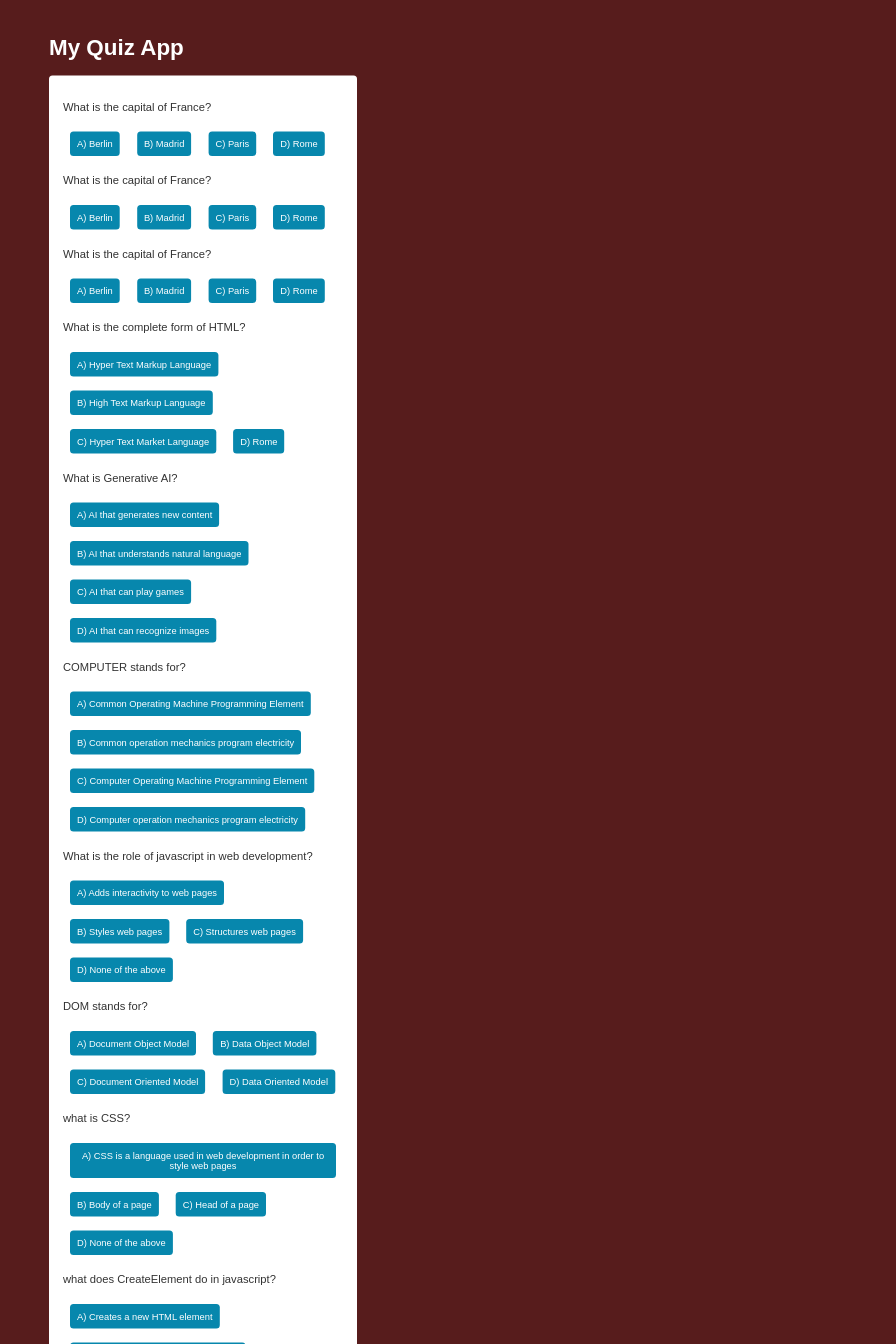
Repository: fatimaqueen9967-eng/SyntacexhubQuizApp
Page: index.html
The author's editor kept a copy of each file at every save. The page is drawn from the files as they stood at one save, then again after the next save.
The browser window is 1280 px wide. The pictures show the part of the page from y = 0 to 1920 px (the page is 2891 px tall), at 70% of full size.

Above is the page before, as saved 2026-03-15 06:24:35.

### index.html
<!DOCTYPE html>
<html lang="en">
<head>
    <meta charset="UTF-8">
    <meta name="viewport" content="width=device-width, initial-scale=1.0">
    <title>QUIZ APP</title>
    <link rel="stylesheet" href="style.css">
</head>
<body>
    <h1>My Quiz App</h1>
    <div class="box">
        <div class="question">
            <p>What is the capital of France?</p>
        </div>
        <div class="options">
            <button>A) Berlin</button>
            <button>B) Madrid</button>
            <button>C) Paris</button>
            <button>D) Rome</button>
        </div>
        <div class="question">
            <p>What is the capital of France?</p>
        </div>
        <div class="options">
            <button>A) Berlin</button>
            <button>B) Madrid</button>
            <button>C) Paris</button>
            <button>D) Rome</button>
        </div>
        <div class="question">
            <p>What is the capital of France?</p>
        </div>
        <div class="options">
            <button>A) Berlin</button>
            <button>B) Madrid</button>
            <button>C) Paris</button>
            <button>D) Rome</button>
        </div>
        <div class="question">
            <p>What is the complete form of HTML?</p>
        </div>
        <div class="options">
            <button>A) Hyper Text Markup Language</button>
            <button>B) High Text Markup Language</button>
            <button>C) Hyper Text Market Language</button>
            <button>D) Rome</button>
        </div>
        <div class="question">
            <p>What is Generative AI?</p>
        </div>
        <div class="options">
            <button>A) AI that generates new content</button>
            <button>B) AI that understands natural language</button>
            <button>C) AI that can play games</button>
            <button>D) AI that can recognize images</button>
        </div>
        <div class="question">
            <p>COMPUTER stands for?</p>
        </div>
        <div class="options">
            <button>A) Common Operating Machine Programming Element</button>
            <button>B) Common operation mechanics program electricity</button>
            <button>C) Computer Operating Machine Programming Element</button>
            <button>D) Computer operation mechanics program electricity</button>
        </div>
        <div class="question">
        <p>What is the role of javascript in web development?</p>
    </div>
    <div class="options">
        <button>A) Adds interactivity to web pages</button>
        <button>B) Styles web pages</button>
        <button>C) Structures web pages</button>
        <button>D) None of the above</button>
    </div>
        <div class="question">
        <p>DOM stands for?</p>
    </div>
    <div class="options">
        <button>A) Document Object Model</button>
        <button>B) Data Object Model</button>
        <button>C) Document Oriented Model</button>
        <button>D) Data Oriented Model</button>
    </div>
        <div class="question">
        <p>what is CSS?</p>
    </div>
    <div class="options">
        <button>A) CSS is a language used in web development in order to style web pages</button>
        <button>B) Body of a page</button>
        <button>C) Head of a page</button>
        <button>D) None of the above</button>
    </div>
        <div class="question">
        <p>what does CreateElement do in javascript?</p>
    </div>
    <div class="options">
        <button>A) Creates a new HTML element</button>
        <button>B) Removes an existing HTML element</button>
        <button>C) Modifies an existing HTML element</button>
        <button>D) None of the above</button>
    </div>
        <div class="question">
        <p>what is the use of addEventListener in javascript?</p>
    </div>
    <div class="options">
        <button>A) Adds an event listener to an HTML element</button>
        <button>B) Removes an event listener from an HTML element</button>
        <button>C) Modifies an event listener on an HTML element</button>
        <button>D) None of the above</button>
    </div>

        <div class="question">
        <p>Who is the founder of Microsoft?</p>
    </div>
    <div class="options">
        <button>A) Steve Jobs</button>
        <button>B) Bill Gates</button>
        <button>C) Mark Zuckerberg</button>
        <button>D) Elon Musk</button>
    </div>
        <div class="question">
        <p>What is Bootstrap?</p>
    </div>
    <div class="options">
        <button>A) A CSS framework</button>
        <button>B) A JavaScript library</button>
        <button>C) A front-end framework</button>
        <button>D) A back-end framework</button>
    </div>
        <div class="question">
        <p>what is the full form of CSS?</p>
    </div>
    <div class="options">
        <button>A) Cascading Style Sheets</button>
        <button>B) Computer Style Sheets</button>
        <button>C) Creative Style Sheets</button>
        <button>D) Colorful Style Sheets</button>
    </div>
    </div>


</body>
</html>

### style.css
body{
    background-color: #571c1c;
    font-family: Arial, sans-serif;
    margin-left: 50px;
    padding: 20px;
    color: #fff;
    justify-content: center;
    align-items: center;
}
h1 {
    align-items: center;
    /* color: #333; */
}
.box{
    /* height: 700px; */
    /* display: flex; */

    background-color: #fff;
    color: #333;
    padding: 20px;
    border-radius: 5px;
    margin-bottom: 20px;
    width: 400px;
    overflow-wrap: anywhere;
}
button {
    background-color: #0787ad;
    color: white;
    padding: 10px;
    margin: 10px;
    border: none;
    border-radius: 5px;
    cursor: pointer;
}

After the next save:
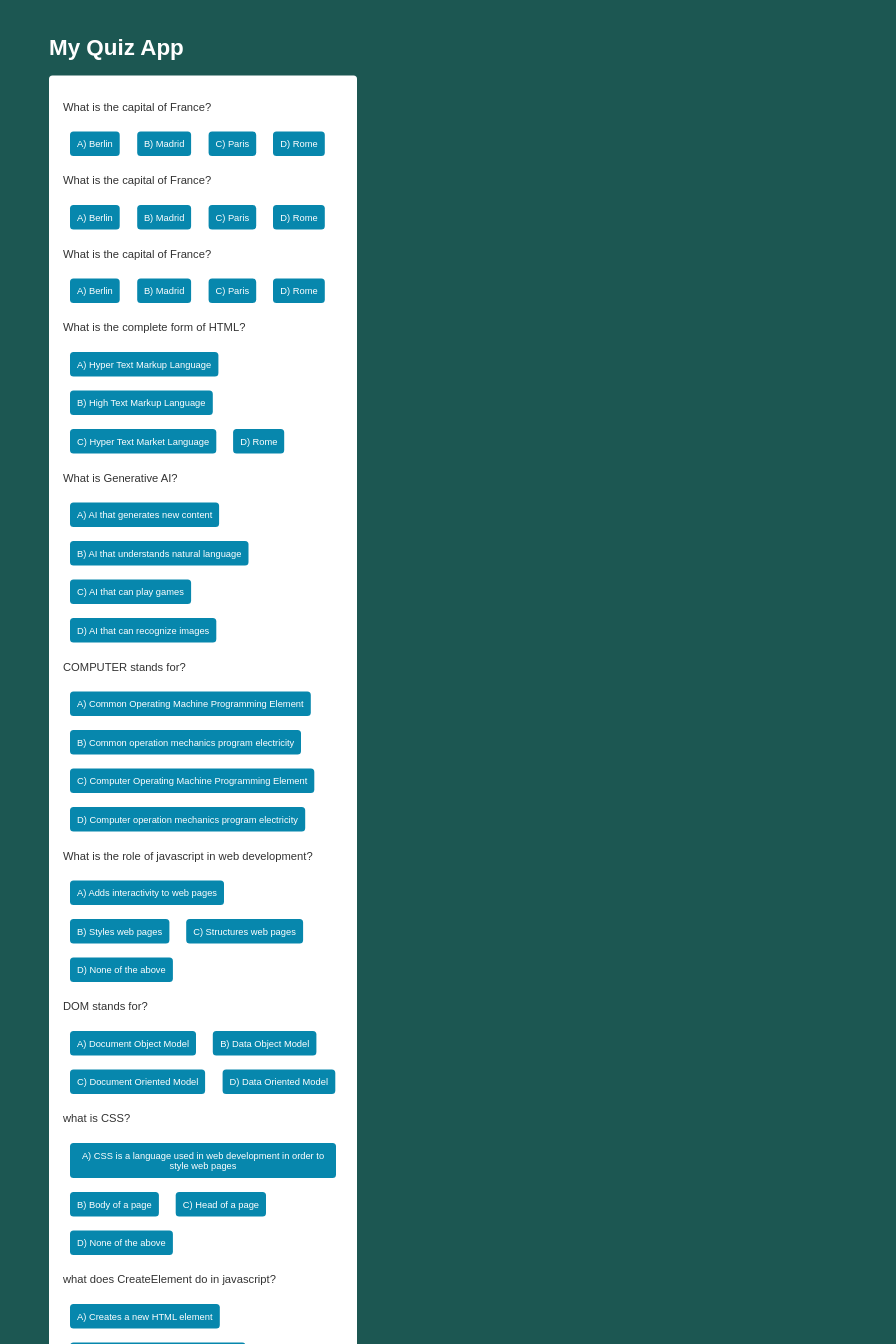
Saved 17 s later.
--- a/style.css
+++ b/style.css
@@ -1,5 +1,5 @@
 body{
-    background-color: #571c1c;
+    background-color: #1c5752;
     font-family: Arial, sans-serif;
     margin-left: 50px;
     padding: 20px;
